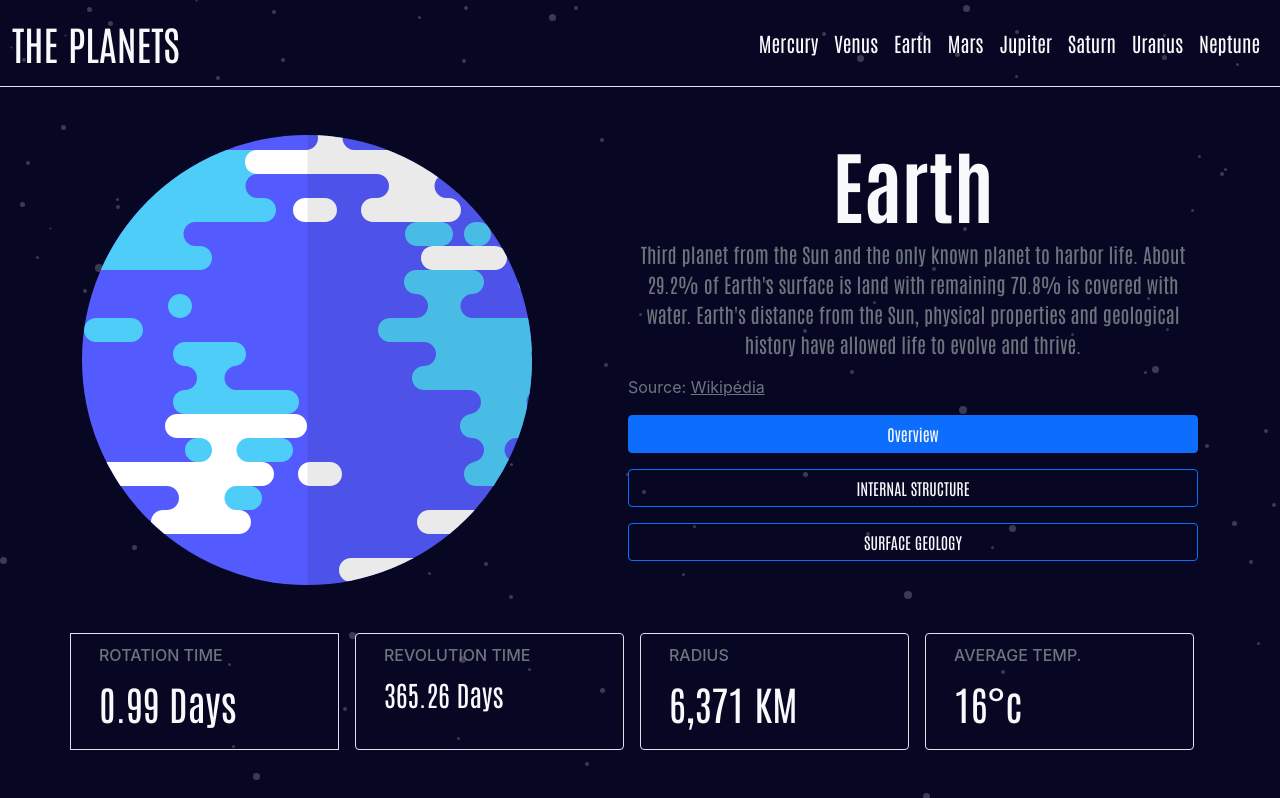
Repository: andre06x/the-planets
Page: /
These files come from the project's save history. The page is drawn as it stood at one moment and after the next save; the edit follows.
The browser window is 1280 px wide. The pictures show the whole page.
The project was rebuilt for these pictures with package versions that can differ from the ones it lists, and the page was loaded fresh each time.

Above is the page before, as saved 2021-10-19 16:38:14.

After the next save:
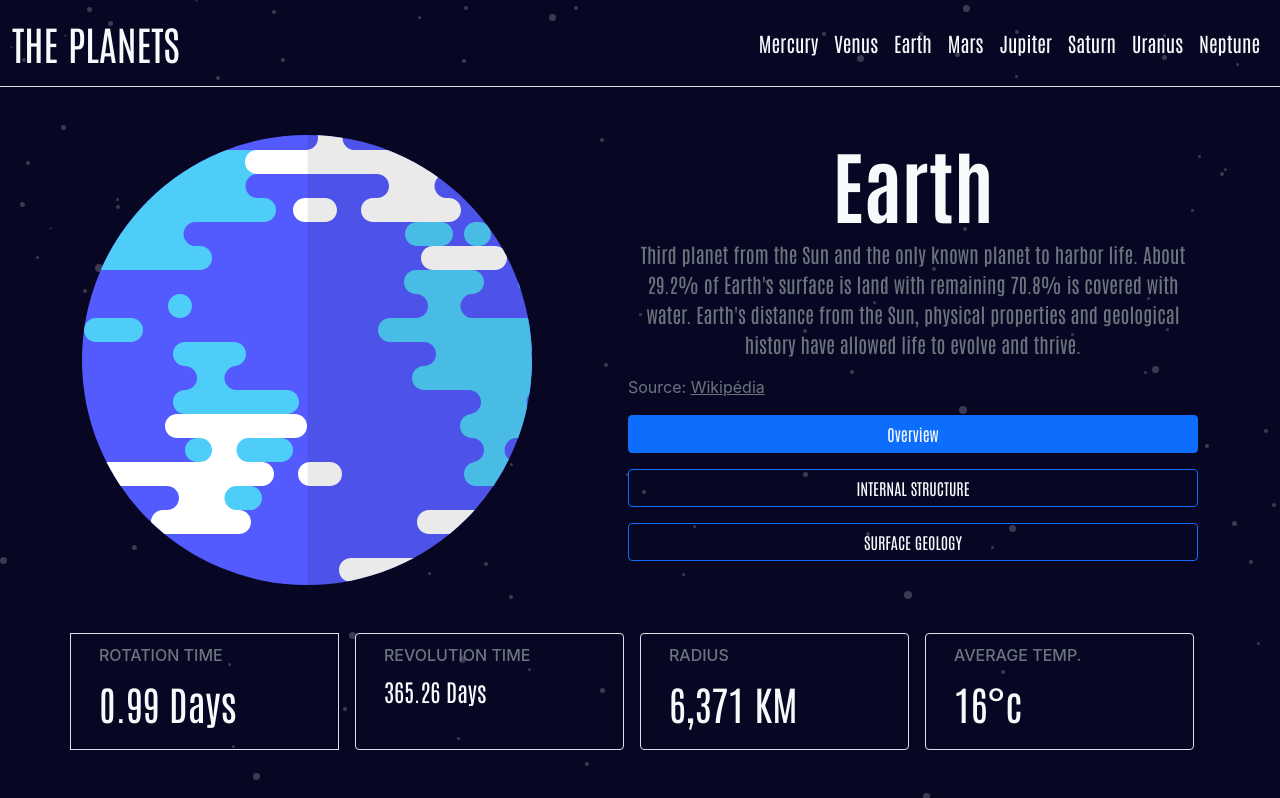
Saved 7 s later.
--- a/src/components/Container.js
+++ b/src/components/Container.js
@@ -95,7 +95,7 @@ const Container = () => {
             <h6 class="card-subtitle mb-2 text-muted">
               REVOLUTION TIME
             </h6>
-            <p class="card-text text-light font-antonio fs-md-1 fs-3">
+            <p class="card-text text-light font-antonio fs-md-1 fs-4">
               {dataPlanet.revolution}
             </p>
           </div>
